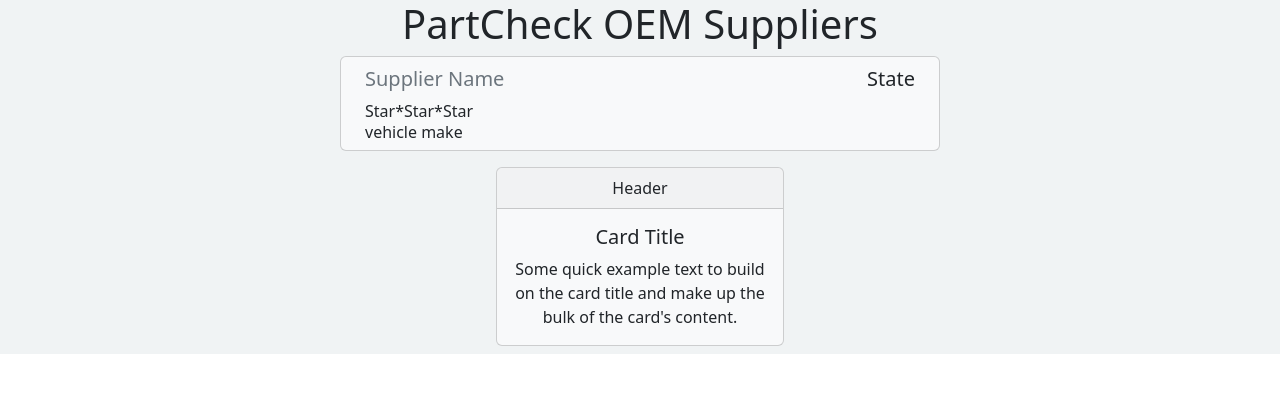
Repository: trungna4699/coding_challenge
Page: /
These files come from the project's save history. The page is drawn as it stood at one moment and after the next save; the edit follows.
The browser window is 1280 px wide. The pictures show the whole page.
The project was rebuilt for these pictures with package versions that can differ from the ones it lists, and the page was loaded fresh each time.

Above is the page before, as saved 2022-09-01 16:46:13.

After the next save:
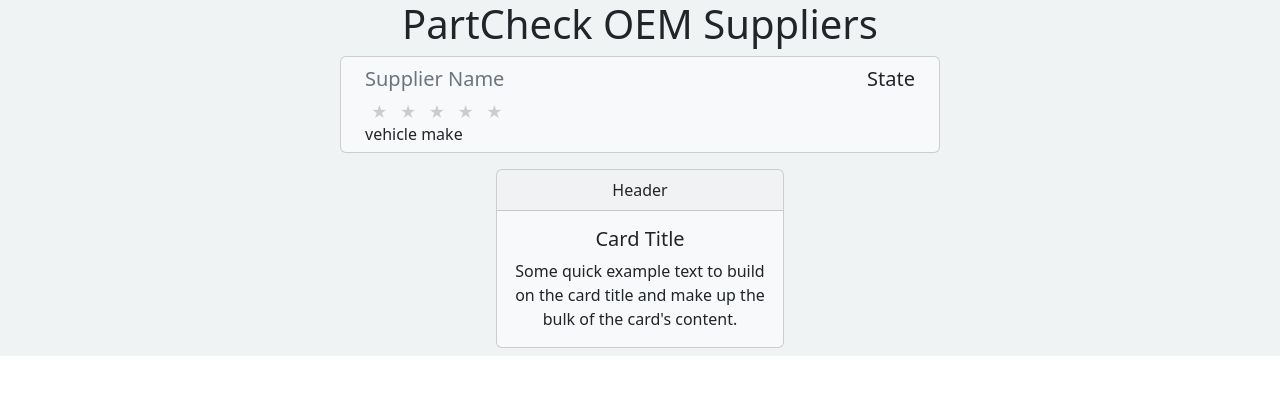
Saved 35 s later.
--- a/src/App.js
+++ b/src/App.js
@@ -4,6 +4,7 @@ import 'bootstrap/dist/css/bootstrap.min.css';
 import Card from 'react-bootstrap/Card';
 import Col from 'react-bootstrap/Col';
 import Row from 'react-bootstrap/Row';
+import StarRating from './starRating';
 
 function App() {
   return (
@@ -23,7 +24,7 @@ function App() {
             </div>
 
             <div className="ms-4" id="ratingStar">
-              Star*Star*Star
+              <StarRating />
             </div>
             <div className="ms-4" id="vehicleList">
               <h6>vehicle make</h6>
